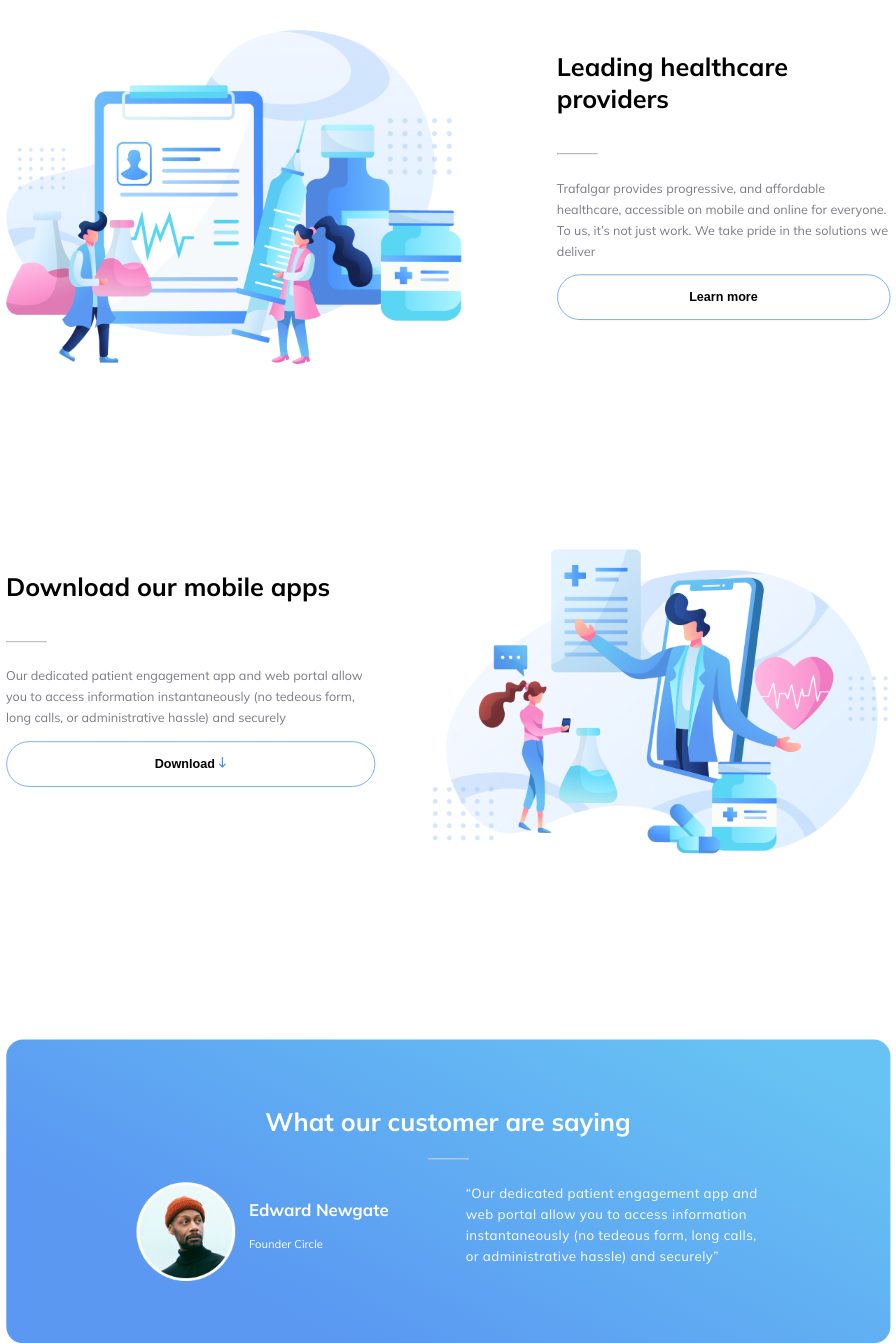
Repository: ivan-developer-01/trafalgar-layout
Page: index.html
These files come from the project's save history. The page is drawn as it stood at one moment and after the next save; the edit follows.
The browser window is 1280 px wide. The pictures show the part of the page from y = 2160 to 4080 px (the page is 4079 px tall before and 4080 px after), at 70% of full size.

Above is the page before, as saved 2024-11-08 16:03:41.

### index.html
<!DOCTYPE html>
<html lang="en">
<head>
	<meta charset="UTF-8">
	<meta http-equiv="X-UA-Compatible" content="IE=edge">
	<meta name="viewport" content="width=device-width, initial-scale=1.0">
	<title>Trafalgar Services</title>
	<link rel="preconnect" href="https://fonts.googleapis.com">
	<link rel="preconnect" href="https://fonts.gstatic.com" crossorigin>
	<link href="https://fonts.googleapis.com/css2?family=Mulish:ital,wght@0,200;0,300;0,400;0,500;0,600;0,700;0,800;0,900;1,200;1,300;1,400;1,500;1,600;1,700;1,800;1,900&display=swap" rel="stylesheet">
	<link rel="stylesheet" href="style.css">
</head>
<body>
	<header class="header">
		<div class="container">
			<!-- left part -->
			<div>
				<div class="logo">
					<img src="images/logo.png" alt="Trafalgar Logo">
				</div>
			</div>

			<!-- right part -->
			<div>
				<nav>
					<a href="#" class="nav__link nav__link-main">Home</a>
					<a href="#" class="nav__link">Find a doctor</a>
					<a href="#" class="nav__link">Apps</a>
					<a href="#" class="nav__link">Testimonials</a>
					<a href="#" class="nav__link">About us</a>
				</nav>
			</div>
		</div>
	</header>

	<main>
		<section class="main-info">
			<div class="container">
				<!-- left part -->
				<div>
					<h1>Virtual healthcare for you</h1>

					<p>Trafalgar provides progressive, and affordable healthcare, accessible on mobile and online for everyone</p>

					<button class="button round-button bg-blue">Consult today</button>
				</div>

				<!-- right part -->
				<div>
					<img src="images/hero.png" alt="Trafalgar hero image">
				</div>
			</div>

			<div class="overlay"></div>
		</section>

		<section class="our-services">
			<div class="container">
				<h2>Our services</h2>
				<hr>

				<p>We provide to you the best choiches for you. Adjust it to your health needs and make sure your undergo treatment with our highly qualified doctors you can consult with us which type of service is suitable for your health</p>

				<div class="cards">
					<div class="card">
						<img src="images/our-services/cards/search-doctor.svg" alt="Search doctor">
						<h3>Search doctor</h3>
						<p>Choose your doctor from thousands of specialist, general, and trusted hospitals</p>
					</div>
					<div class="card">
						<img src="images/our-services/cards/online-pharmacy.svg" alt="Online pharmacy">
						<h3>Online pharmacy</h3>
						<p>Buy  your medicines with our mobile application with a simple delivery system</p>
					</div>
					<div class="card">
						<img src="images/our-services/cards/consultation.svg" alt="Consultation">
						<h3>Consultation</h3>
						<p>Free consultation with our trusted doctors and get the best recomendations</p>
					</div>
					<div class="card">
						<img src="images/our-services/cards/details-info.svg" alt="Details info">
						<h3>Details info</h3>
						<p>Free consultation with our trusted doctors and get the best recomendations</p>
					</div>
					<div class="card">
						<img src="images/our-services/cards/emergency-care.svg" alt="Emergency care">
						<h3>Emergency care</h3>
						<p>You can get 24/7 urgent care for yourself or your children and your
lovely family</p>
					</div>
					<div class="card">
						<img src="images/our-services/cards/tracking.svg" alt="Tracking">
						<h3>Tracking</h3>
						<p>Track and save your medical history and health data</p>
					</div>
				</div>

				<button class="button round-button">Learn more</button>
			</div>

			<div class="overlay"></div>
			<div class="top-overlay"></div>
		</section>

		<section class="apps">
			<div class="container">
				<div class="flex-two-blocks">
					<!-- left part -->
					<div>
						<div class="image">
							<img src="images/apps/leading-healthcare-providers.png" alt="Leading healthcare providers">
						</div>
					</div>

					<!-- right part -->
					<div>
						<h2>Leading healthcare providers</h2>
						<hr>
						<p>
							Trafalgar provides progressive, and affordable healthcare, accessible on mobile and online for everyone. To us, it’s not just work. We take pride in the solutions we deliver
						</p>

						<button class="button round-button">Learn more</button>
					</div>
				</div>

				<div class="flex-two-blocks">
					<!-- left part -->
					<div>
						<h2>Download our mobile apps</h2>
						<hr>
						<p>
							Our dedicated patient engagement app and web portal allow you to access information instantaneously (no tedeous form, long calls, or administrative hassle) and securely
						</p>

						<button class="button round-button">Download
							<img src="images/arrow-download.svg" alt="Download icon">
						</button>
					</div>

					<!-- right part -->
					<div>
						<div class="image">
							<img src="images/apps/mobile-apps.png" alt="Mobile apps">
						</div>
					</div>
				</div>
			</div>
		</section>

		<section class="reviews">
			<div class="container">
				<h2>What our customer are saying</h2>
				<hr>
				<div class="review-slider">
					<div class="review">
						<div class="review-user">
							<img src="images/reviews/avatar-1.png" alt="Avatar" class="avatar">
							<div class="user-credentials">
								<h3>Edward Newgate</h3>
								<span>Founder Circle</span>
							</div>
						</div>

						<div class="review-text">
							<p>
								“Our dedicated patient engagement app and web portal allow you to access information instantaneously (no tedeous form, long calls, or administrative hassle) and securely”
							</p>
						</div>
					</div>
				</div>
			</div>
		</section>
	</main>
</body>
</html>

### style.css
html,
body {
	width: 100vw;
	margin: 0;
	padding: 0;
	font-family: 'Mulish', sans-serif;
}

.container {
	width: 100%;
	max-width: 1263px;
	margin: 0 auto;
}

section hr {
	width: 56px;
	margin-top: 26px;
	margin-bottom: 33px;
}

h1 {
	font-size: 48px;
}

h3 {
	font-size: 24px;
}

p {
	color: #7D7987;
	margin-top: 0;
}

.button {
	/* appearance: none; */
	border: 1px solid #458FF6;
	background: transparent;
	cursor: pointer;
	font-weight: 700;
	font-size: 18px;
	padding: 21px 41px;
}

.button.round-button {
	border-radius: 999px;
}

.bg-blue {
	background-color: #458FF6;
	color: #FFF;
}

/* header */
.header {
	padding-top: 56px;
}

.header .container {
	display: flex;
	justify-content: space-between;
	align-items: center;
}

.header nav {
	display: flex;
	gap: 40px;
	font-size: 18px;
}

.header nav a {
	text-decoration: none;
	color: #8f8a9a;
}

.header .nav__link-main {
	color: #1F1534;
}
/* /header */

/* main-info */
.main-info {
	position: relative;
}

.main-info .overlay {
	position: absolute;
	top: 0;
	left: 0;
	right: 0;
	bottom: 0;
	background-image: url(images/main-info-overlay.png);
	background-repeat: no-repeat;
	z-index: -1;
}

.main-info .container {
	display: flex;
	justify-content: space-between;
	align-items: center;
	gap: 109px;
}

.main-info p {
	font-size: 21px;
	line-height: 32px;
	margin-top: 25px;
	margin-bottom: 45px;
}
/* /main-info */

/* our-services */
.our-services {
	margin-top: 190px;
	position: relative;
}

.our-services .overlay,
.our-services .top-overlay {
	position: absolute;
	right: 0;
	bottom: 0;
	left: 0;
	background-repeat: no-repeat;
	z-index: -1;
	pointer-events: none;
}

.our-services .overlay {
	top: calc(20% - 44px);
	background-image: url(images/our-services/our-services-overlay.svg);
}

.our-services .top-overlay {
	top: 46%;
	left: 76%;
	background-image: url(images/our-services/our-services-top-overlay.svg);
}

.our-services .container {
	text-align: center;
}

.our-services p {
	max-width: 952px;
	margin: 0 auto;
}

.our-services .cards {
	display: grid;
	grid-template-columns: repeat(3, 1fr);
	gap: 34px;
	margin-top: 80px;
	position: relative;
	background: transparent;
}

.our-services .cards .card {
	box-shadow: 10px 40px 50px 0px #E5E9F666;
	/* top right bottom left */
	width: calc(350px - 52px - 36px);
	height: calc(354px - 58px - 47px);
	border-radius: 20px;
	padding: 58px 52px 47px 36px;
	text-align: left;
	background: #FFF;
	z-index: 1;
}

.our-services .cards .card p {
	font-size: 16px;
	line-height: 28px;
}

.our-services .cards .card h3 {
	margin-top: 36.25px;
}

.our-services .button {
	margin-top: 72px;
	color: #458FF6;
	border-width: 1.4px;
	min-width: 200px;
}
/* /our-services */

/* apps */
.apps {
	margin-top: 220px;
}

.apps .container {
	display: grid;
	gap: 265px;
}

.apps .flex-two-blocks {
	display: flex;
}

.apps .flex-two-blocks div {
	display: flex;
	flex-direction: column;
}

.apps .flex-two-blocks h2 {
	font-size: 36px;
}

.apps .flex-two-blocks hr {
	text-align: left;
	width: 56px;
	margin-left: 0;
	margin-right: 0;
}

.apps .flex-two-blocks p {
	font-size: 18px;
	line-height: 30px;
}

.apps .flex-two-blocks:first-child {
	gap: 137px;
}

.apps .flex-two-blocks:last-child {
	gap: 71px;
}
/* /apps */

/* reviews */
.reviews {
	margin-top: 266px;
}

.reviews .container {
	background: linear-gradient(208.18deg, #67C3F3 9.05%, #5A98F2 76.74%);
	color: white;
	text-align: center;
	padding: 64px 0 89px 0;
	border-radius: 24px;
}

.reviews hr {
	color: white;
}

.reviews h2 {
	font-size: 36px;
}


.review-slider .review {
	display: flex;
	justify-content: center;
	align-items: center;
	gap: 110px;
}

.review-slider .review .review-user {
	display: flex;
	justify-content: center;
	gap: 20px;
	text-align: left;
}

.review-slider .review .review-text {
	text-align: left;
	max-width: 420px;
}

.review-slider .review .review-text p {
	color: white;
	font-size: 19px;
	letter-spacing: 0.6px;
	line-height: 30px;
}
/* /reviews */

After the next save:
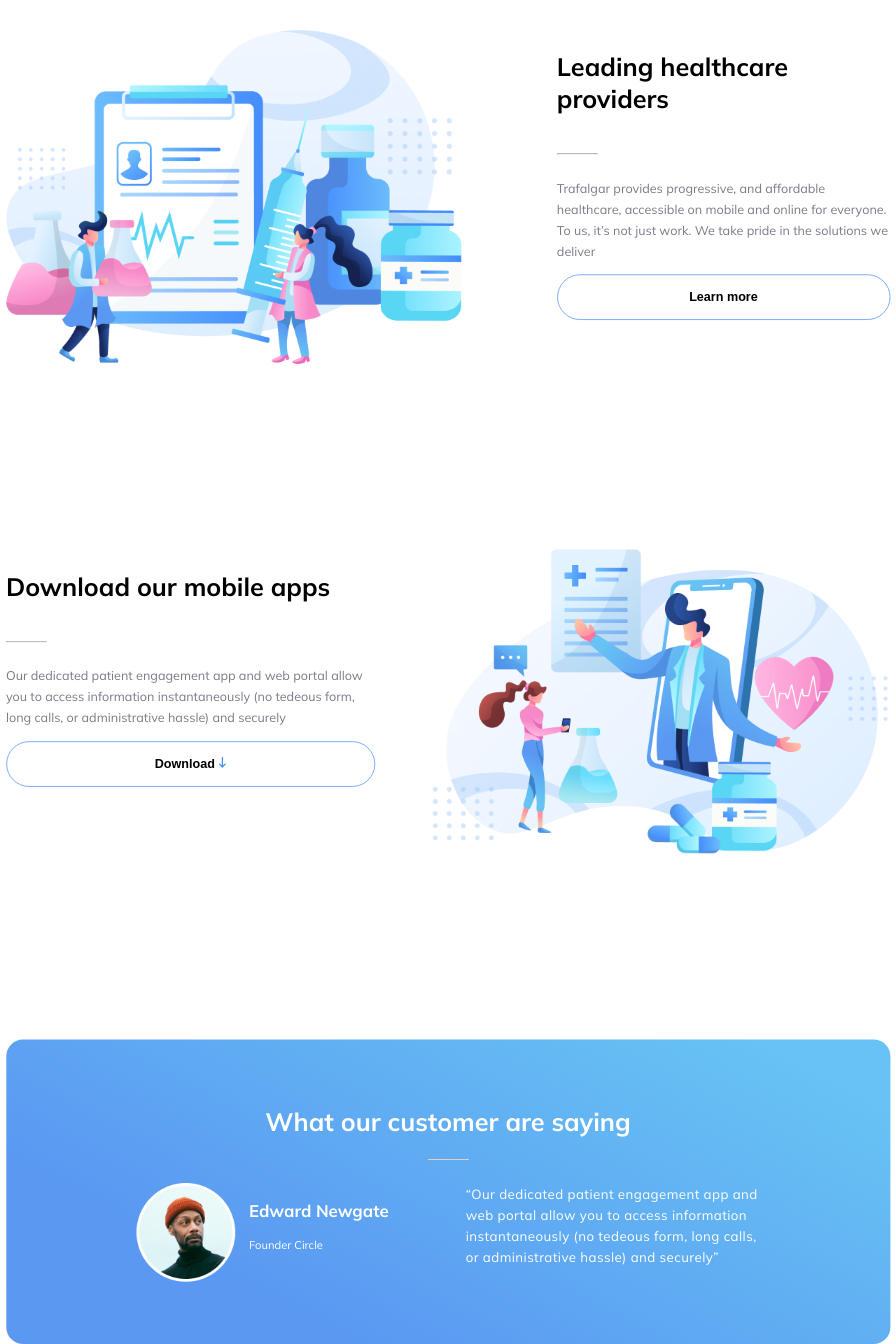
Saved 75 s later.
--- a/style.css
+++ b/style.css
@@ -236,7 +236,8 @@ p {
 	background: linear-gradient(208.18deg, #67C3F3 9.05%, #5A98F2 76.74%);
 	color: white;
 	text-align: center;
-	padding: 64px 0 89px 0;
+	padding-top: 65px;
+	padding-bottom: 89px;
 	border-radius: 24px;
 }
 
